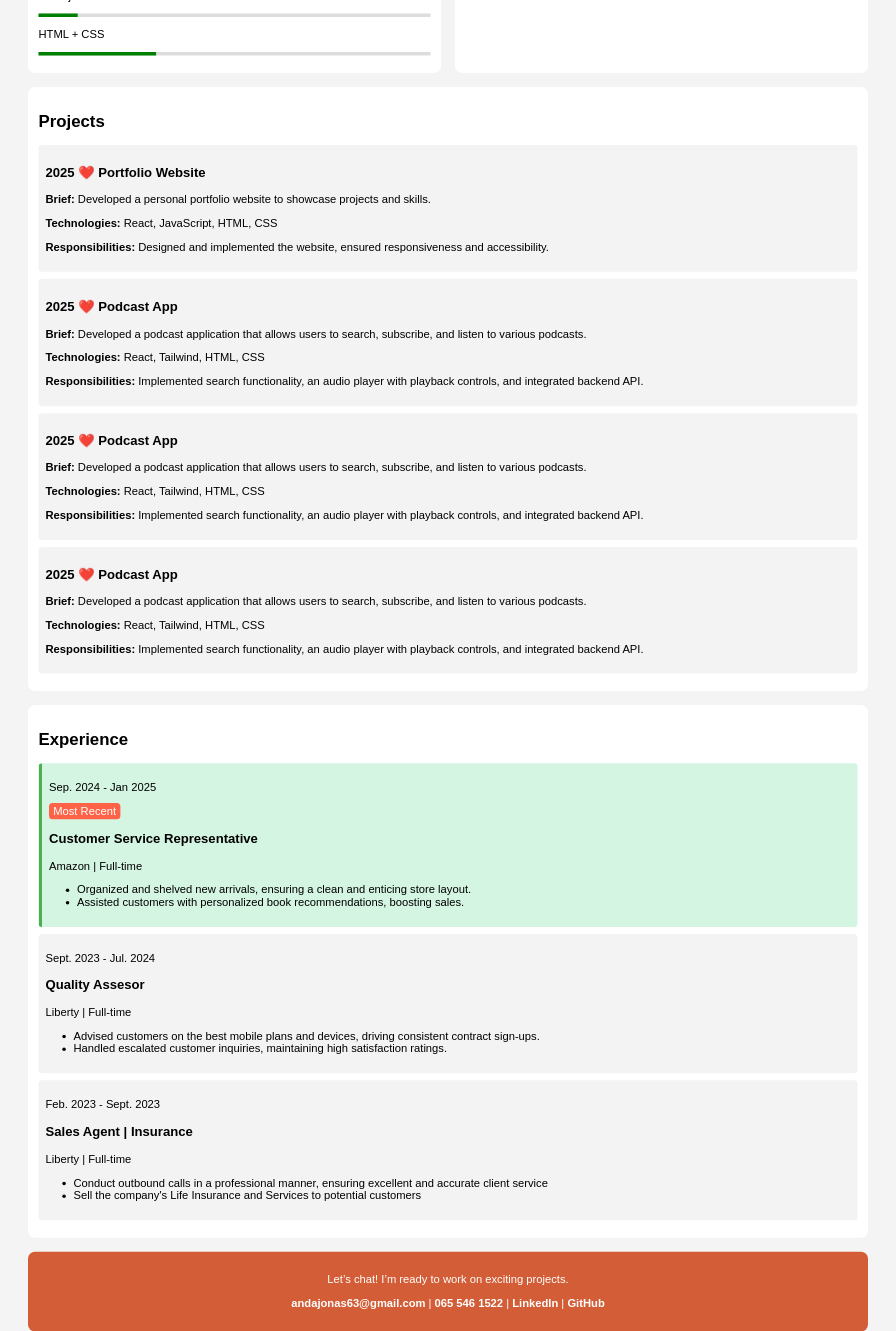
Repository: andajonas/ANDJON25111_fto2502_A2_AndaJonas_SDF_Portfolio_Piece
Page: index.html
An editor plug-in stored every save of this project. The page is shown before and after a run of saves, followed by the edit.
The browser window is 1280 px wide. The pictures show the part of the page from y = 446 to 2366 px (the page is 2348 px tall before and 2366 px after), at 70% of full size.
A picture or video elsewhere on the page could not be fetched, so the positions and the page height are approximate.

Above is the page before, as saved 2025-04-03 17:51:53.

After the next 2 saves:
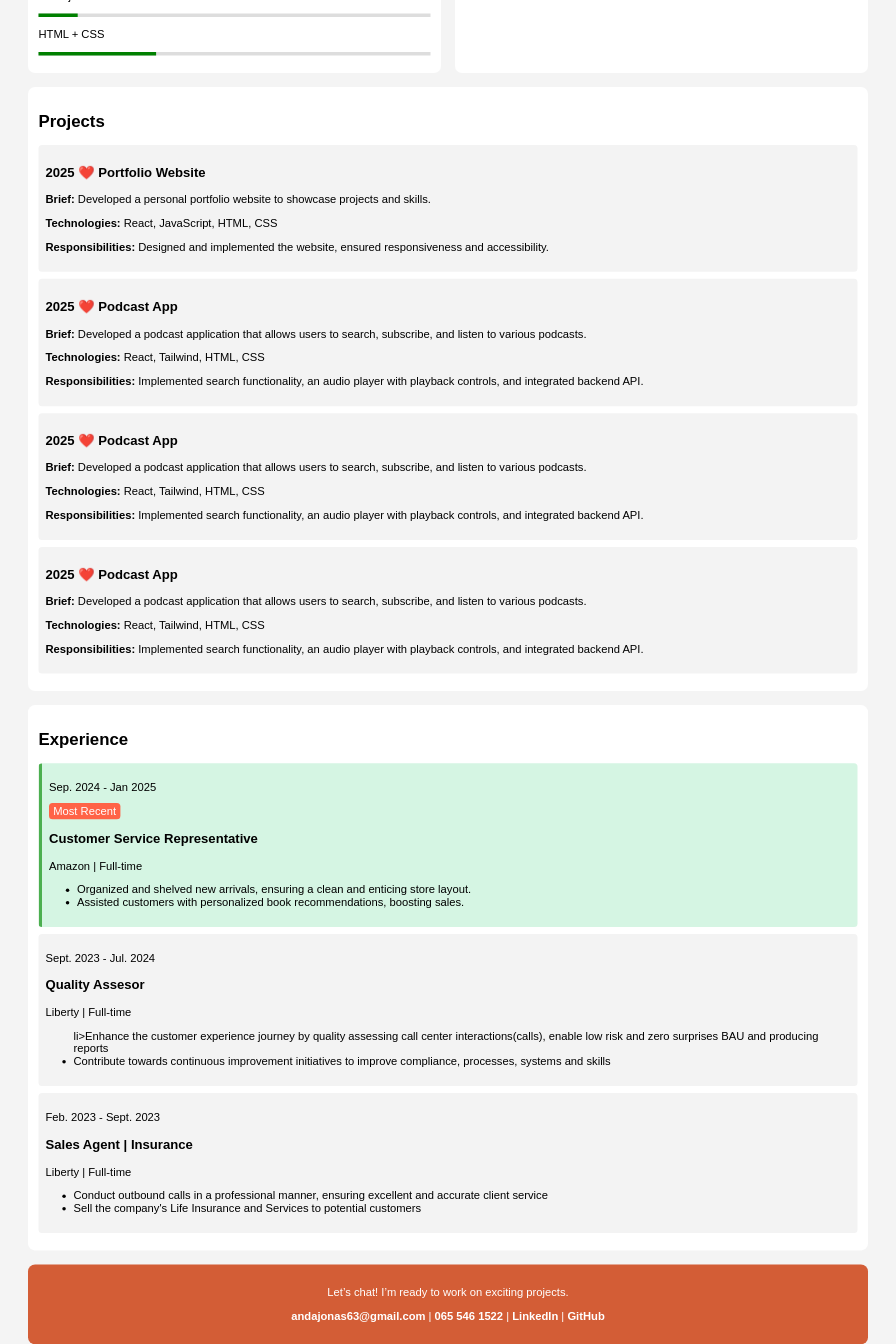
The 2 saves are shown as one change because they came seconds apart.
The last was saved 33 s later.
--- a/index.html
+++ b/index.html
@@ -98,8 +98,8 @@
             <h3>Quality Assesor</h3>
             <p class="company">Liberty | Full-time</p>
             <ul>
-                <li>Advised customers on the best mobile plans and devices, driving consistent contract sign-ups.</li>
-                <li>Handled escalated customer inquiries, maintaining high satisfaction ratings.</li>
+                li>Enhance the customer experience journey by quality assessing call center interactions(calls), enable low risk and zero surprises BAU and producing reports</li>
+                    <li>Contribute towards continuous improvement initiatives to improve compliance, processes, systems and skills</li>
             </ul>
         </div>
         <div class="experience-card">
